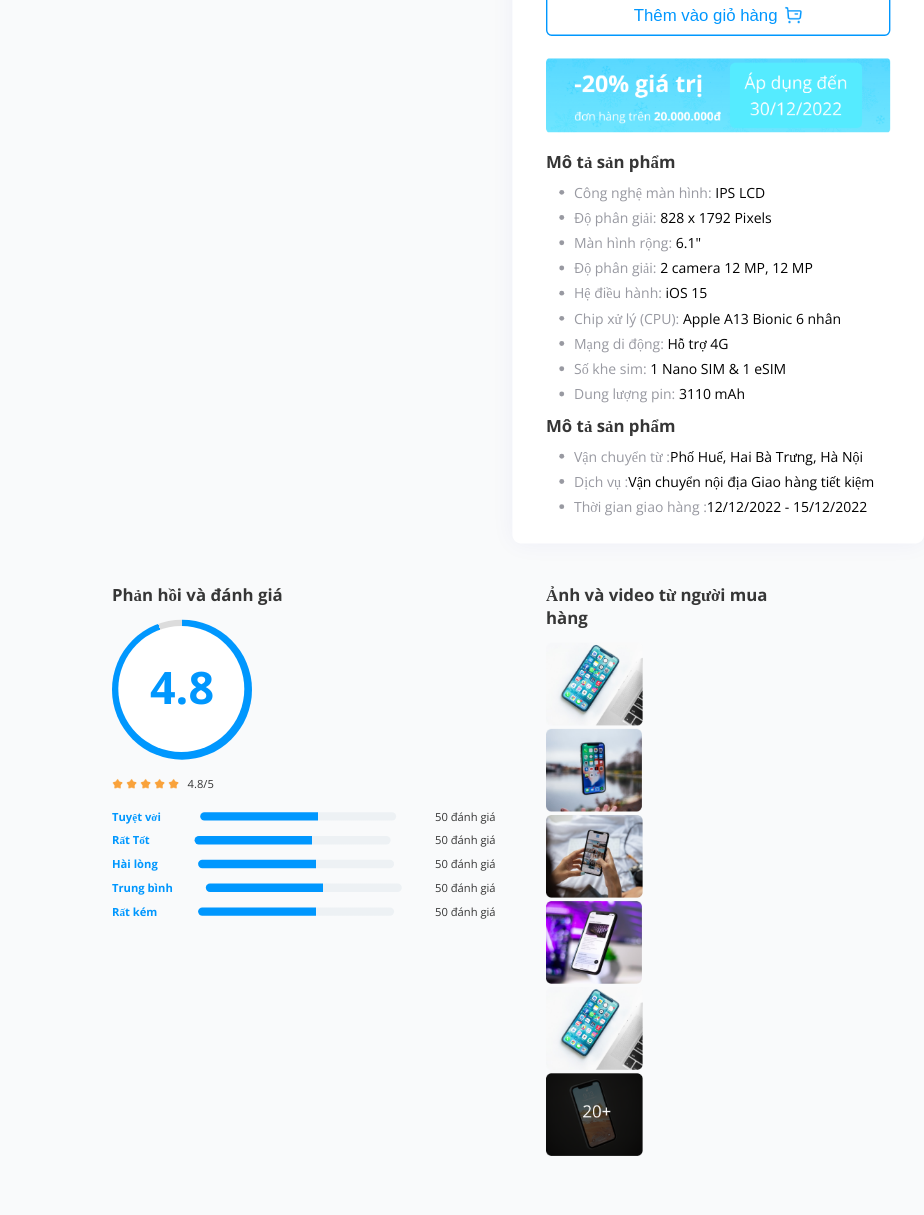
Repository: nguyenduong12345/EcommerceWebsite-productpage
Page: source/index.html
These files come from the project's save history. The page is drawn as it stood at one moment and after the next save; the edit follows.
The browser window is 1280 px wide. The page is 1320 px wide, so the pictures cover 1320 px, including what lies to the right of the window. The pictures show the part of the page from y = 956 to 2836 px (the page is 2692 px tall before and 2836 px after), at 70% of full size.
The style sheet was rebuilt from its Sass, Less or Tailwind sources for each picture, by a compiler version that may differ from the author's.

Above is the page before, as saved 2022-12-08 22:45:10.

### source/index.html
<!DOCTYPE html>
<html lang="en">
  <head>
    <meta charset="UTF-8" />
    <meta http-equiv="X-UA-Compatible" content="IE=edge" />
    <meta name="viewport" content="width=device-width, initial-scale=1.0" />
    <title>Trang san pham</title>
    <link rel="preconnect" href="https://fonts.googleapis.com" />
    <link rel="preconnect" href="https://fonts.gstatic.com" crossorigin />
    <link
      href="https://fonts.googleapis.com/css2?family=Bebas+Neue&family=Lato:wght@400;700;900&family=Open+Sans:ital,wght@0,300;0,400;0,500;0,700;1,300&family=Poppins:ital,wght@0,300;0,400;0,500;0,600;0,700;0,800;1,300;1,400;1,500;1,600;1,700;1,800&family=Roboto:wght@100;300;400;500;700&family=Ubuntu:wght@300;400;500&family=Vidaloka&display=swap"
      rel="stylesheet"
    />
    <link rel="stylesheet" href="./style.css" />
  </head>
  <body>
    <section class="Product">
      <div class="leftProduct_item">
        <div class="leftProduct_item-main">
          <img
            class="leftProduct_item-img"
            src="./Images/Rectangle 4482.png"
            alt=""
          />
        </div>
        <div class="leftProduct_item-list">
          <img
            class="leftProduct_item-imgbottom"
            src="./Images/Rectangle 4487.png"
            alt=""
          />
          <img
            class="leftProduct_item-imgbottom"
            src="./Images/Rectangle 4515.png"
            alt=""
          />
          <img
            class="leftProduct_item-imgbottom"
            src="./Images/Rectangle 4516.png"
            alt=""
          />
          <img
            class="leftProduct_item-imgbottom"
            src="./Images/Rectangle 4517.png"
            alt=""
          />
        </div>
      </div>
      <div class="rightProduct_info">
        <h1 class="rightProduct_info-title">
          IPhone 11 | Bản quốc tế | Chính hãng VN/A
        </h1>
        <div class="rightProduct_info-description">
          <img class="rightProduct_info-vote" src="./Images/star.png" alt="" />
          <p class="rightProduct_info-desc">
            84 Người đánh giá . 24 Khác hàng phản hồi
          </p>
        </div>
        <div class="rightProduct_info-option">
          <h2 class="title1">Lựa chọn bộ nhớ</h2>
          <div class="rightProduct_info-memories">
            <div
              id="rightProduct_info-chooseMemory"
              class="rightProduct_info-chooseMemory"
            >
              <div class="rightProduct_info-memory active">
                <p class="memory">256 GB</p>
                <p class="price">19.000.000đ</p>
                <ion-icon class="checked" name="checkmark-outline"></ion-icon>
              </div>
              <div class="rightProduct_info-memory">
                <p class="memory">128 GB</p>
                <p class="price">19.000.000đ</p>
              </div>
              <div class="rightProduct_info-memory">
                <span class="memory">64 GB</span>
                <span class="price">19.000.000đ</span>
              </div>
            </div>
          </div>
          <h2 class="title2">Lựa chọn màu sắc</h2>
          <div id="rightProduct_info-colors" class="rightProduct_info-colors">
            <div class="rightProduct_info-chooseColor">
              <div class="rightProduct_info-firstRow">
                <div class="rightProduct_info-color active1">
                  <div class="colorCircle"></div>
                  <p class="color">Đỏ</p>
                </div>
                <div class="rightProduct_info-color">
                  <div class="colorCircle1"></div>
                  <p class="color">Vàng</p>
                </div>
                <div class="rightProduct_info-color">
                  <div class="colorCircle2"></div>
                  <p class="color">Xanh lá</p>
                </div>
              </div>

              <div class="rightProduct_info-secondRow">
                <div class="rightProduct_info-color">
                  <div class="colorCircle3"></div>
                  <p class="color">Đen</p>
                </div>
                <div class="rightProduct_info-color">
                  <div class="colorCircle4"></div>
                  <p class="color">Tím</p>
                </div>
                <div class="rightProduct_info-color">
                  <div class="colorCircle5"></div>
                  <p class="color">Trắng</p>
                </div>
              </div>
            </div>
          </div>
          <h2 class="title3">Lựa chọn số lượng</h2>
          <div class="rightProduct_info-amount">
            <div class="rightProduct_info-choose">
              <img class="minusButton" src="./Images/minus logo.png" alt="" />
              <p class="amountNumber">1</p>
              <img class="addButton" src="./Images/add logo.png" alt="" />
            </div>
            <div class="rightProduct_info-tax">
              <p class="variablePrice">Giá: 13.690.000đ</p>
              <p class="variableTax">Thuế gia tăng: 10%</p>
            </div>
          </div>
          <div class="resumeLine"></div>
          <div class="resumePrice">
            <span class="resumePrice-title">Giá tổng cộng</span>
            <h1 class="resumePrice-price">15.059.000₫</h1>
          </div>
          <div class="purchaseButton">
            <button class="purchaseButton-buy">Mua ngay</button>
            <button class="purchaseButton-addToCast">
              <p class="name">Thêm vào giỏ hàng</p>
              <img class="cast" src="./Images/Buylogo.png" alt="" />
            </button>
            <img class="banner" src="./Images/Frame 11973.png" alt="" />
          </div>
          <div class="itemInfomation">
            <h2>Mô tả sản phẩm</h2>
            <ul style="color: #9899a1">
              <li>
                <p style="color: #9899a1">
                  Công nghệ màn hình: <span style="color: black">IPS LCD</span>
                </p>
              </li>
              <li>
                <p style="color: #9899a1">
                  Độ phân giải:
                  <span style="color: black">828 x 1792 Pixels </span>
                </p>
              </li>
              <li>
                <p style="color: #9899a1">
                  Màn hình rộng: <span style="color: black">6.1" </span>
                </p>
              </li>
              <li>
                <p style="color: #9899a1">
                  Độ phân giải:
                  <span style="color: black">2 camera 12 MP, 12 MP</span>
                </p>
              </li>
              <li>
                <p style="color: #9899a1">
                  Hệ điều hành: <span style="color: black">iOS 15 </span>
                </p>
              </li>
              <li>
                <p style="color: #9899a1">
                  Chip xử lý (CPU):
                  <span style="color: black">Apple A13 Bionic 6 nhân</span>
                </p>
              </li>
              <li>
                <p style="color: #9899a1">
                  Mạng di động:
                  <span style="color: black">Hỗ trợ 4G</span>
                </p>
              </li>
              <li>
                <p style="color: #9899a1">
                  Số khe sim:
                  <span style="color: black">1 Nano SIM & 1 eSIM </span>
                </p>
              </li>
              <li>
                <p style="color: #9899a1">
                  Dung lượng pin:
                  <span style="color: black">3110 mAh</span>
                </p>
              </li>
            </ul>
          </div>
          <div class="itemInfomation">
            <h2>Mô tả sản phẩm</h2>
            <ul style="color: #9899a1">
              <li>
                <p style="color: #9899a1">
                  Vận chuyển từ :<span style="color: black"
                    >Phố Huế, Hai Bà Trưng, Hà Nội</span
                  >
                </p>
              </li>
              <li>
                <p style="color: #9899a1">
                  Dịch vụ :<span style="color: black"
                    >Vận chuyển nội địa Giao hàng tiết kiệm</span
                  >
                </p>
              </li>
              <li>
                <p style="color: #9899a1">
                  Thời gian giao hàng :<span style="color: black"
                    >12/12/2022 - 15/12/2022</span
                  >
                </p>
              </li>
            </ul>
          </div>
        </div>
      </div>
    </section>
    <div class="bottomFeedback">
      <div class="bottomFeedback-review">
        <h2>Phản hồi và đánh giá</h2>
        <div class="circularProgress">
          <span class="circularProgress-value">4.8</span>
        </div>
        <div class="bottomFeedback-vote">
          <img src="./Images/star.png" alt="" />
          <span>4.8/5</span>
        </div>
        <div class="bar">
          <div class="bottomFeedback-votebar" style="list-style-type: none">

              <span class="voteLevel"> Tuyệt vời </span>
              <div class="voteBar"></div>
              <span class="votePeople"> 50 đánh giá </span>
            </div>
          <div class="bottomFeedback-votebar" style="list-style-type: none">

              <span class="voteLevel"> Rất Tốt </span>
              <div class="voteBar"></div>
              <span class="votePeople"> 50 đánh giá </span>
            </div>
          <div class="bottomFeedback-votebar" style="list-style-type: none">

              <span class="voteLevel"> Hài lòng</span>
              <div class="voteBar"></div>
              <span class="votePeople"> 50 đánh giá </span>
            </div>
          <div class="bottomFeedback-votebar" style="list-style-type: none">

              <span class="voteLevel"> Trung bình </span>
              <div class="voteBar"></div>
              <span class="votePeople"> 50 đánh giá </span>
            </div>
          <div class="bottomFeedback-votebar" style="list-style-type: none">

              <span class="voteLevel"> Rất kém </span>
              <div class="voteBar"></div>
              <span class="votePeople"> 50 đánh giá </span>
            </div>
        </div>
        </div>
        <div class="bottomFeedback-image">
          <h2>Ảnh và video từ người mua hàng</h2>
          <div class="listImage">
            <img src="./Images/Rectangle 4508.png" alt="" class="imageItem">
            <img src="./Images/Rectangle 4509.png" alt="" class="imageItem">
            <img src="./Images/Rectangle 4510.png" alt="" class="imageItem">
          </div>
          <div class="listImage">
            <img src="./Images/Rectangle 4512.png" alt="" class="imageItem">
            <img src="./Images/Rectangle 4508.png" alt="" class="imageItem">
            <img src="./Images/Group 34261.png" alt="" class="imageItem">
          </div>
        </div>
      </div>
    </div>
    <script>
      // Add active class to the current button (highlight it)
      var header = document.getElementById("rightProduct_info-chooseMemory");
      var btns = header.getElementsByClassName("rightProduct_info-memory");
      for (var i = 0; i < btns.length; i++) {
        btns[i].addEventListener("click", function () {
          var current = document.getElementsByClassName("active");
          current[0].className = current[0].className.replace(" active", "");
          this.className += " active";
        });
      }
    </script>
  </body>
</html>

### source/style.scss
$primaryColor: #0097fe;
$secondaryColor: #363636;
$accentColor1: #9899a1;
$accentColor2: #edf1f4;
h1,
h2,
h3,
h4,
h5,
p,
span {
  color: $secondaryColor;
}
li {
  font-size: 20px;
}
ul {
  line-height: 16px;
}
h2 {
  font-size: 24px;
  font-weight: 600;
}
body {
  font-family: "Open Sans", serif;
  background-color: #f9fafb;
  margin: 0 160px 0 160px;
  // display: flex;
}
.Product {
  display: flex;
}
.leftProduct_item {
  margin-right: 24px;
  width: 548px;
  display: flex;
  flex-direction: column;
  align-items: center;
  &-img {
    width: 548px;
    height: 592px;
    object-fit: cover;
    margin-bottom: 24px;
  }
  &-imgbottom {
    width: 110px;
    height: 104px;
    object-fit: cover;
    margin-right: 30px;
    &:last-child {
      margin-right: 0px;
    }
  }
}
.rightProduct_info {
  width: 732px;
  background-color: #fff;
  padding: 0 48px 24px 48px;
  box-shadow: 0 0 35px rgba(0, 21, 181, 0.05);
  border-radius: 12px;
  &-description {
    display: flex;
    font-display: row;
    align-items: center;
  }
  &-title {
    color: $secondaryColor;
    font-size: 40px;
    line-height: 60px;
    margin: 24px 0 12px 0;
  }
  &-desc {
    display: inline-block;
    margin: 0 0 0 16px;
    color: $accentColor1;
  }
  &-memory {
    display: flex;
    flex-direction: column;
    align-items: center;
    width: 148px;
    border: 1.5px solid $accentColor1;
    border-radius: 16px;
    margin-right: 20px;
    transition: all 0.25s ease-in;
    &:last-child {
      margin-right: 0px;
    }
  }

  &-chooseMemory {
    display: flex;
    justify-content: space-evenly;
  }

  &-color {
    display: flex;
    flex-direction: row;
    align-items: center;
    justify-content: center;
    width: 148px;
    border: 1.5px solid $accentColor1;
    padding: 8px 0 8px 0;
    border-radius: 16px;
  }
  &-firstRow {
    display: flex;
    margin-bottom: 12px;
    justify-content: space-evenly;
    gap: 20px;
  }
  &-secondRow {
    display: flex;
    margin-bottom: 12px;
    justify-content: space-evenly;
    gap: 20px;
  }

  &-choose {
    display: flex;
    flex-direction: row;
    align-items: center;
    width: 192px;
    justify-content: space-around;
    border: 1.5px solid $accentColor1;
    border-radius: 16px;
  }
  &-amount {
    display: flex;
    justify-content: space-evenly;
  }
  &-tax {
    margin-left: 120px;
    display: flex;
    align-items: flex-end;
    flex-direction: column;
  }
}
.active,
.rightProduct_info-memory:hover {
  border: 2px solid $primaryColor;
  &::after {
    content: url(./Images/checked.png);
    position: absolute;
    width: 25px;
    height: 25px;
    border-radius: 50%;
    background-color: $primaryColor;
    transform: translate(300%, -50%);
  }
}
.active1,
.rightProduct_info-color:hover {
  border: 2px solid $primaryColor;
  &::before {
    content: url(./Images/checked.png);
    position: absolute;
    width: 25px;
    height: 25px;
    border-radius: 50%;
    background-color: $primaryColor;
    transform: translate(300%, -100%);
  }
}
///exception
.title1 {
  margin: 36px 0 24px 0;
}
.title2 {
  margin-top: 40px;
}
.title3 {
  margin-top: 40px;
}
.memory {
  margin: 0px 0 0 0;
  font-size: 16px;
  font-weight: 600;
}
.color {
  margin: 0px 0 0 0;
  font-size: 16px;
  font-weight: 600;
}
.price {
  margin: 8px 0 0px 0;
  color: $accentColor1;
  font-size: 14px;
}
.colorCircle {
  width: 32px;
  height: 32px;
  border-radius: 50%;
  background-color: #fa1937;
  margin-right: 8px;
}
.colorCircle1 {
  width: 32px;
  height: 32px;
  border-radius: 50%;
  background-color: #ffd836;
  margin-right: 8px;
}
.colorCircle2 {
  width: 32px;
  height: 32px;
  border-radius: 50%;
  background-color: #47e397;
  margin-right: 8px;
}
.colorCircle3 {
  width: 32px;
  height: 32px;
  border-radius: 50%;
  background-color: #191a1a;
  margin-right: 8px;
}
.colorCircle4 {
  width: 32px;
  height: 32px;
  border-radius: 50%;
  background-color: #9c74e4;
  margin-right: 8px;
}
.colorCircle5 {
  width: 32px;
  height: 32px;
  border-radius: 50%;
  background-color: #fff6de;
  margin-right: 8px;
}
.minusButton {
  width: 32px;
  height: 32px;
  object-fit: cover;
  padding: 8px;
  background-color: #f3f3f3;
  border-radius: 50%;
  border: 1px solid #f4f4f4;
}
.addButton {
  width: 32px;
  height: 32px;
  object-fit: cover;
  padding: 8px;
  background-color: #ffffff;
  border-radius: 50%;
  border: 1px solid #f4f4f4;
  box-shadow: 0 0 12px rgba(0, 0, 0, 0.1);
}
.amountNumber {
  font-size: 24px;
  font-weight: 600;
}
.variablePrice {
  font-size: 20px;
  color: $accentColor1;
  margin: 8px 0 0 0;
}
.variableTax {
  font-size: 20px;
  color: $accentColor1;
  margin: 8px 0 8px 0;
}

.resumeLine {
  width: 100%;
  height: 3px;
  background-color: $accentColor1;
  opacity: 0.3;
  margin-top: 36px;
}
.resumePrice {
  display: flex;
  align-items: center;
  justify-content: space-between;
  &-title {
    font-size: 20px;
    color: $accentColor1;
  }
  &-price {
    font-size: 40px;
    color: $primaryColor;
  }
}
.purchaseButton {
  &-buy {
    font-size: 24px;
    font-weight: 500;
    color: #fff;
    width: 100%;
    height: 60px;
    background-color: $primaryColor;
    border: none;
    border-radius: 8px;
    text-align: center;
    text-decoration: none;
    cursor: pointer;
    margin-bottom: 20px;
  }
  &-buy:hover {
    background-color: #0379ca;
    transition: all 0.25s ease;
  }
  &-addToCast {
    display: flex;
    align-items: center;
    justify-content: center;
    font-size: 24px;
    font-weight: 500;
    color: $primaryColor;
    width: 100%;
    height: 60px;
    background-color: #fff;
    border: 2px solid $primaryColor;
    border-radius: 8px;
    text-align: center;
    text-decoration: none;
    cursor: pointer;
  }
}
.name {
  font-size: 24px;
  font-weight: 500;
  color: $primaryColor;
}
.cast {
  width: 28px;
  height: 28px;
  object-fit: cover;
  text-align: center;
  margin-left: 8px;
}
.banner {
  width: 100%;
  height: 106px;
  object-fit: cover;
  border-radius: 4px;
  margin-top: 32px;
}
.circularProgress {
  width: 200px;
  height: 200px;
  position: relative;
  border-radius: 50%;
  background: conic-gradient($primaryColor 340deg, #dcdcdc 20deg);
  z-index: -3;
  &::before {
    content: "";
    width: 180px;
    height: 180px;
    position: absolute;
    background-color: #fff;
    border-radius: 50%;
    // transform: translate(0%, 0%);
    transform: translate(5%, 5%);
    z-index: -1;
  }
  &-value {
    display: flex;
    justify-content: center;
    align-items: center;
    font-size: 64px;
    font-weight: bold;
    color: $primaryColor;
    transform: translateY(60%);
    z-index: 10;
  }
}
.bottomFeedback {
  margin: 36px 0 80px 0;
  display: flex;
  &-vote {
    display: flex;
    align-items: center;
    margin: 24px 0 24px 0;
    gap: 12px;
  }
  &-votebar {
    display: flex;
    align-items: center;
    gap: 24px;
    margin-top: 12px;
    justify-content: space-between;
  }
  &-review {
    margin-right: 72px;
  }
}
.voteBar {
  width: 280px;
  height: 12px;
  border-radius: 6px;
  // background-color: ;
  background-image: linear-gradient(90deg, $primaryColor 60%, #edf1f4 40%);
}
.voteLevel {
  font-weight: 600;
  font-size: 16px;
  color: $primaryColor;
}
.bar {
  width: 548px;
}
.imageItem {
  margin-right: 32px;
}

After the next save:
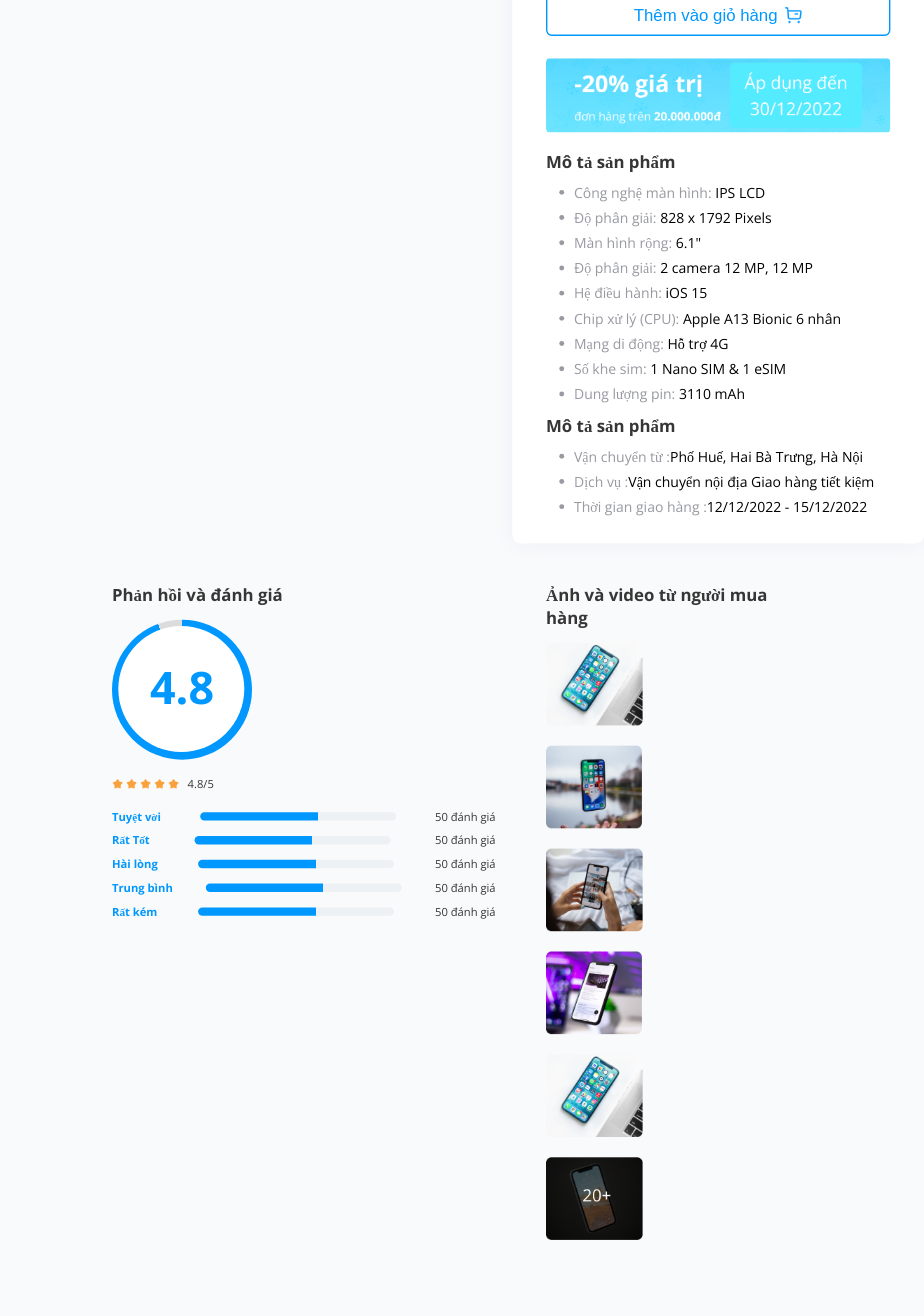
Saved 17 s later.
--- a/source/style.scss
+++ b/source/style.scss
@@ -404,4 +404,5 @@
 }
 .imageItem {
   margin-right: 32px;
-}
+  margin-bottom: 24px;
+}
